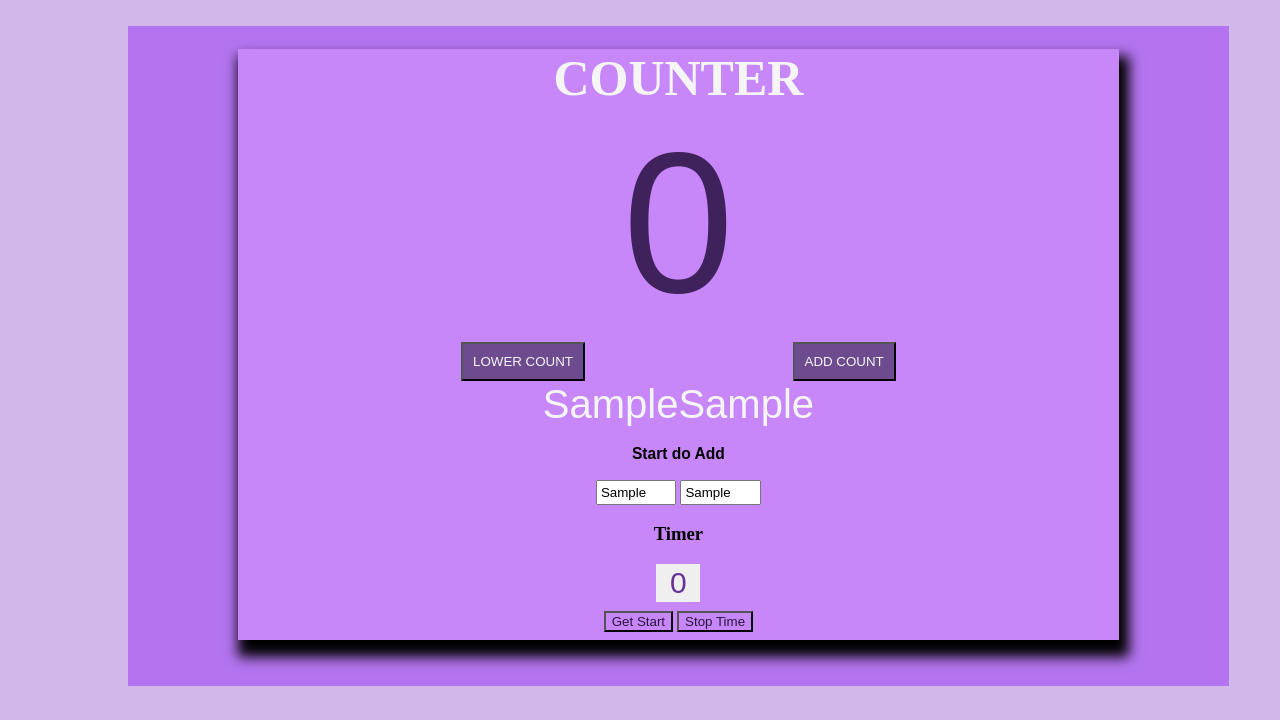
Repository: AnahitKhechumyan/Counter
Page: index.html
An editor plug-in stored every save of this project. The page is shown before and after the next save, followed by the edit.
The browser window is 1280 px wide. The pictures show the whole page.
Empty fields were first filled with sample values (such as "Sample", 5 or name@example.com).
After loading, the first visible `button.add` was clicked once.

Above is the page before, as saved 2022-02-15 02:44:40.

After the next save:
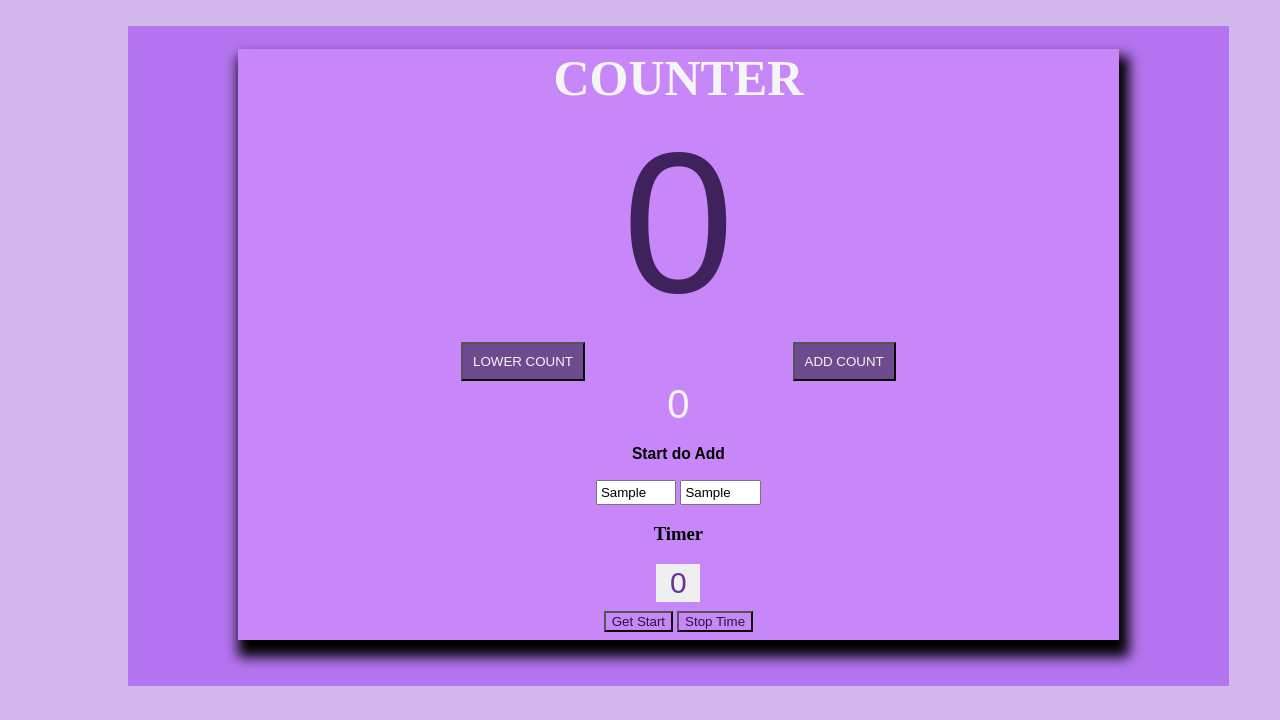
Console error: TypeError: x is not a function
Saved 50 s later.
--- a/script.js
+++ b/script.js
@@ -33,8 +33,8 @@ startAdd.addEventListener("click",()=>{
     console.log(x);
     //let y = secondNum.innerHTML;
     let y = secondNum.value;
-   addSum.innerHTML = add(x)(y);
-   console.log(add(x)(y));
+   addSum.innerHTML = add((x)(y));
+   console.log(add((x)(y)));
 });
 
  let sum = 0;

After the save that followed:
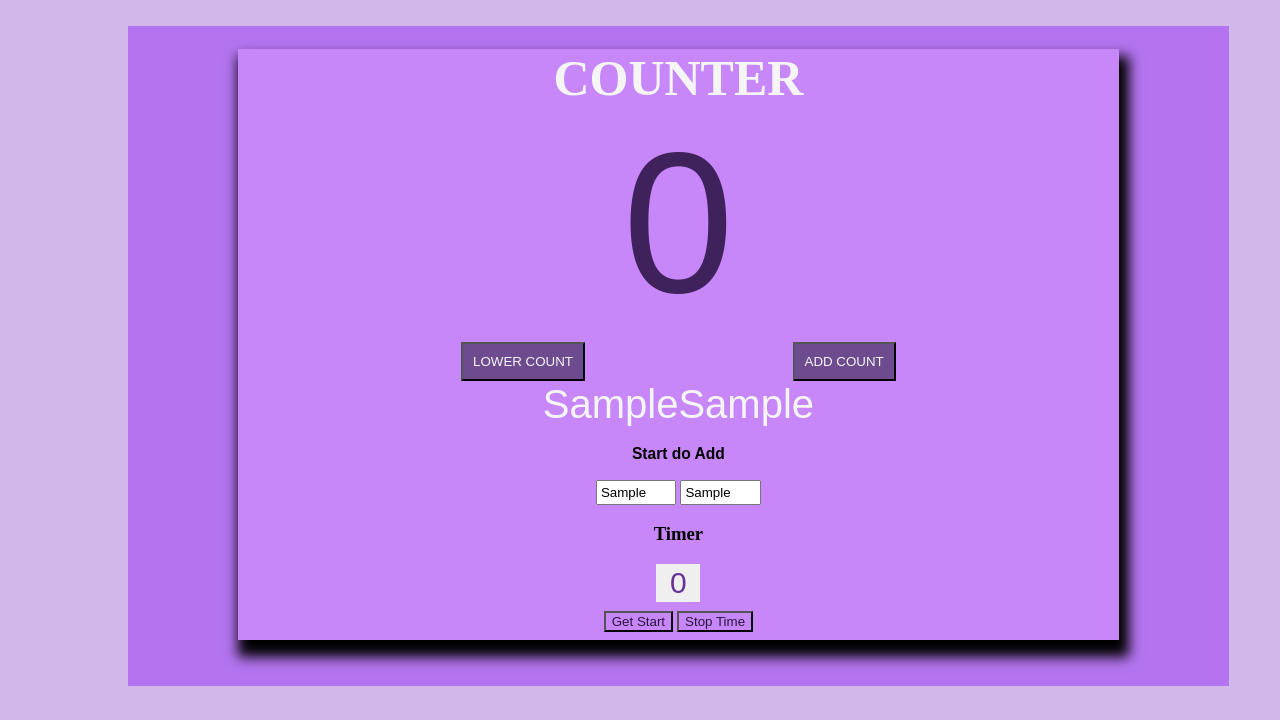
The error is gone.
Saved 46 s later.
--- a/script.js
+++ b/script.js
@@ -33,8 +33,8 @@ startAdd.addEventListener("click",()=>{
     console.log(x);
     //let y = secondNum.innerHTML;
     let y = secondNum.value;
-   addSum.innerHTML = add((x)(y));
-   console.log(add((x)(y)));
+   addSum.innerHTML = add(x)(y);
+   console.log(add(x)(y));
 });
 
  let sum = 0;
